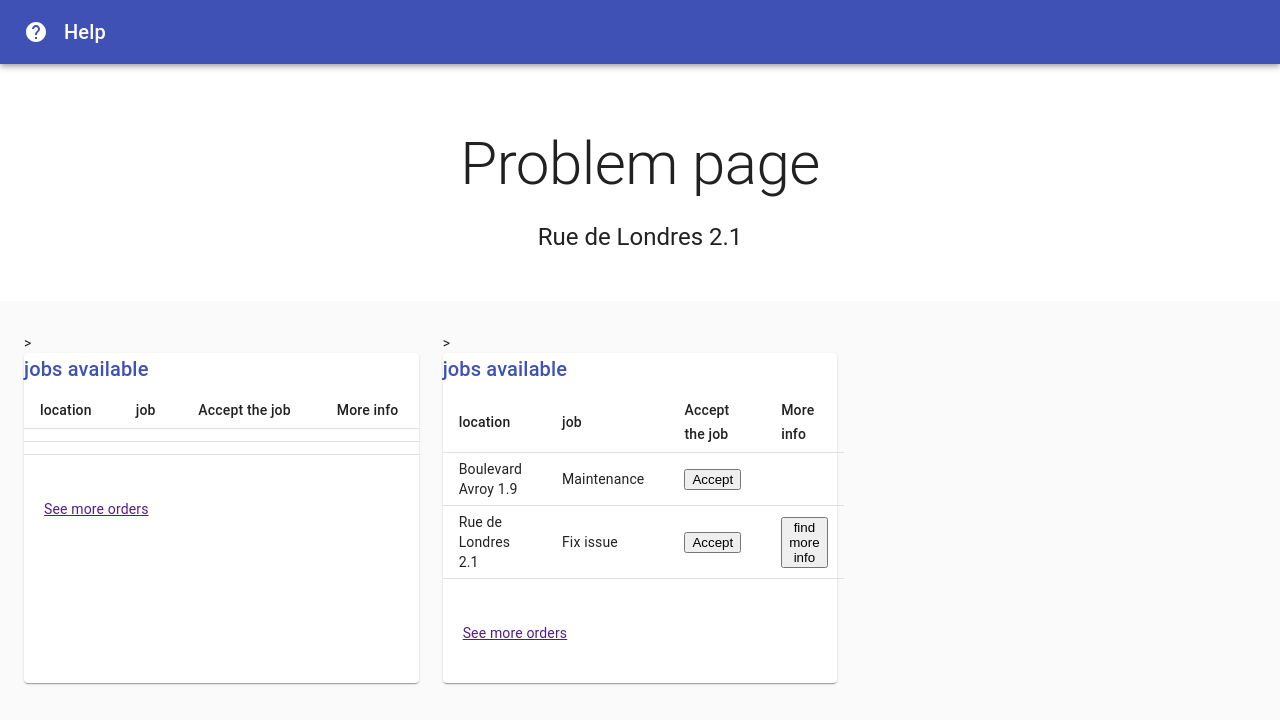
Repository: sapbrussels/intelligenthighway_webapp
Page: /Problempage (app in router/)
The author's editor kept a copy of each file at every save. The page is drawn from the files as they stood at one save, then again after the next save.
The browser window is 1280 px wide. The pictures show the whole page.
The project was rebuilt for these pictures with package versions that can differ from the ones it lists, and the page was loaded fresh each time. Also part of the build but not shown: router/src/App.css, router/src/Login.js, router/src/Maps.js, router/src/Jobspage.js, router/src/Direction.js, router/src/Maintenance.js, router/src/Help.js.

Above is the page before, as saved 2020-03-31 15:01:37.

After the next save:
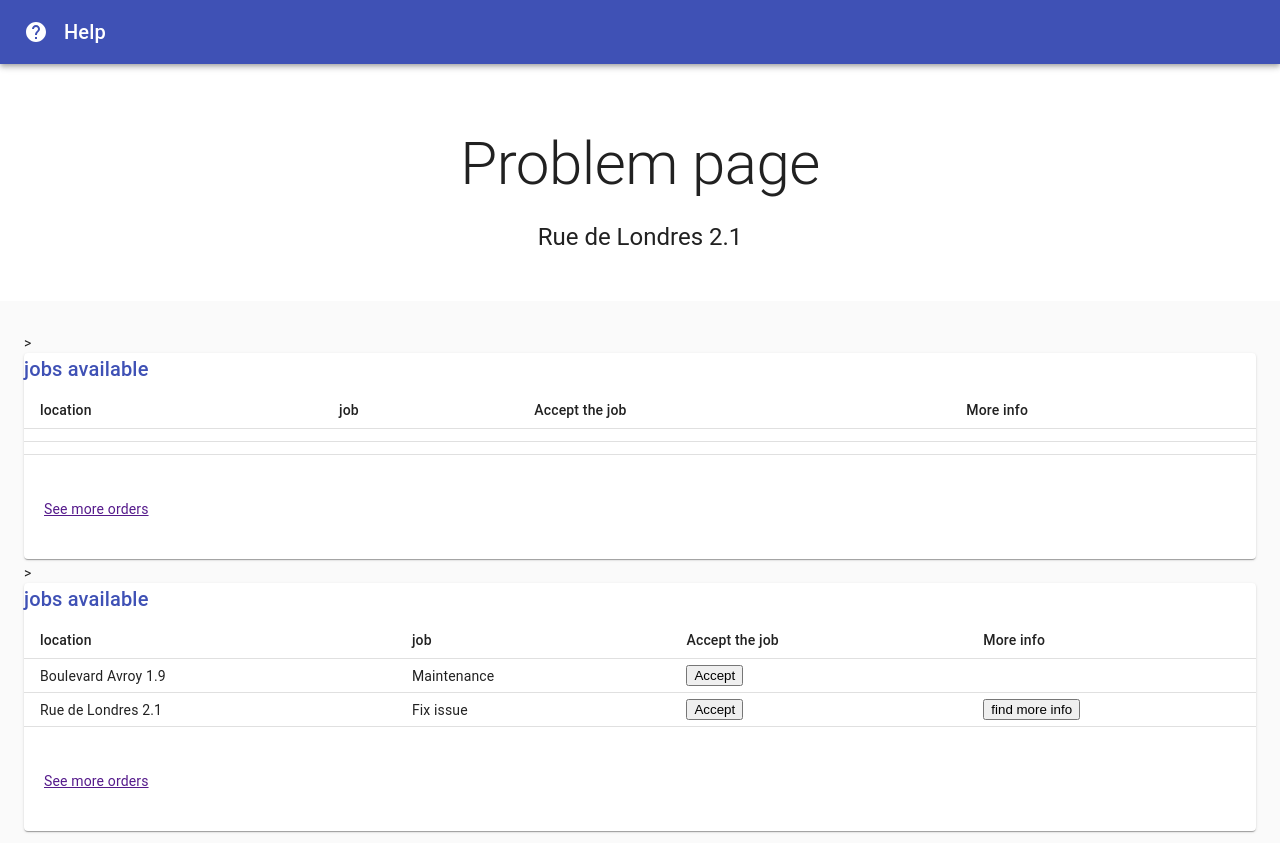
Saved 17 s later.
--- a/router/src/Problempage.js
+++ b/router/src/Problempage.js
@@ -93,12 +93,12 @@ export default function Album() {
         <Container maxWidth="lg" className={classes.container}> {/* lg */}
           <Grid container spacing={3}>
 
-            <Grid  item xs={12} md={8} lg={4}> >
+            <Grid  item xs={12} > >
               <Paper className={classes.paper}>
                 <SensorData />
               </Paper>
             </Grid>
-            <Grid  item xs={12} md={8} lg={4}> >
+            <Grid  item xs={12}> >
               <Paper className={classes.paper}>
                 <CommunityData />
               </Paper>
